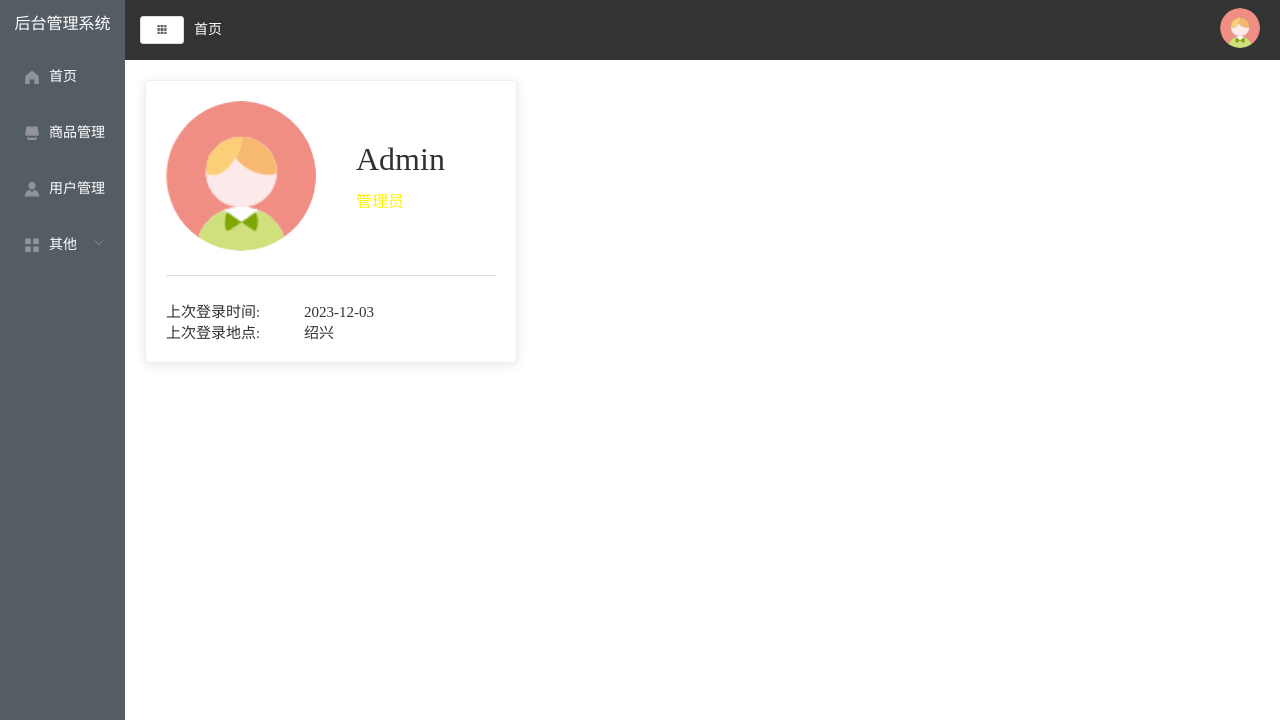
Repository: tkqi/manage
Page: /
An editor plug-in stored every save of this project. The page is shown before and after the next save, followed by the edit.
The browser window is 1280 px wide. The pictures show the whole page.
The project was rebuilt for these pictures with package versions that can differ from the ones it lists, and the page was loaded fresh each time. Also part of the build but not shown: vue.config.js.

Above is the page before, as saved 2023-12-03 15:58:48.

### src/main.js
import Vue from 'vue'
import App from './App.vue'
import router from './router'
import store from './store'
import ElementUI from 'element-ui';
import 'element-ui/lib/theme-chalk/index.css';

Vue.config.productionTip = false
Vue.use(ElementUI);

new Vue({
  router,
  store,
  render: h => h(App)
}).$mount('#app')

### src/App.vue
<template>
  <div id="app">
    <!-- 路由出口 -->
    <router-view />
  </div>
</template>

<script>
export default {
  name: 'App'
}
</script>

<style lang="less">
html,
body,
h3,
p {
  margin: 0;
  padding: 0;
}
</style>

### src/router/index.js
import Vue from 'vue'
import VueRouter from 'vue-router'
import routes from './routes'
Vue.use(VueRouter)


const router = new VueRouter({
  routes: routes
})

// 暴露router实例
export default router

### src/store/index.js
import Vue from 'vue'
import Vuex from 'vuex'
import tab from './tab.js'

Vue.use(Vuex)

const store = new Vuex.Store({
  state: {

  },
  getters: {
  },
  mutations: {
  },
  actions: {
  },
  modules: {
    tab
  }
})

export default store;

### src/router/routes.js
export default [
    // 主路由
    {
        path: '/',
        component: () => import('../views/Main.vue'),
        redirect: '/home',// 重定向
        // 子路由
        children: [
            {
                // 首页
                path: '/home',
                // 路由组件懒加载
                component: () => import('../views/Home.vue')
            },
            {
                // 用户管理
                path: '/user',
                component: () => import('../views/User.vue')
            },
            {
                // 商品管理
                path: '/mall',
                component: () => import('../views/Mall.vue')
            },
            {
                // 其他/页面1
                path: '/page1',
                component: () => import('../views/Page1.vue')
            },
            {
                // 其他/页面2
                path: '/page2',
                component: () => import('../views/Page2.vue')
            },
        ]
    },
    {
        path: '/home',
        // 路由组件懒加载
        component: () => import('../views/Home.vue')
    },
    {
        path: '/user',
        component: () => import('../views/User.vue')
    }
]

### src/store/tab.js
// 菜单相关数据
export default {
    state: {
        isCollapse: false
    },
    getters: {
        getisCollapse: (state) => state.isCollapse
    },
    mutations: {
        EDITIsCollapse(state){
            state.isCollapse = !state.isCollapse;
        }
    }
}

### src/views/Main.vue
<!-- eslint-disable vue/multi-word-component-names -->
<template>
    <div>
        <el-container>
            <el-aside width="auto">
                <sidebar />
            </el-aside>
            <el-container>
                <el-header>
                    <topbar />
                </el-header>
                <el-main>
                    <transition>
                        <router-view />
                    </transition>
                </el-main>
            </el-container>
        </el-container>
    </div>
</template>

<script>
import sidebar from '../components/sidebar.vue'
import topbar from '../components/topbar.vue';
export default {
    components: {
        sidebar,
        topbar
    }
}
</script>

<style lang="less" scoped>
.el-header {
    padding: 0;
    margin: 0;
}
</style>

### src/views/Home.vue
<!-- eslint-disable vue/multi-word-component-names -->
<template>
    <el-row>
        <el-col :span="8">
            <div>
                <el-card class="box-card">
                    <div class="user">
                        <img class="img" src="../assets/img/user-default.png" alt="">
                        <div class="user-info">
                            <P class="name">Admin</P>
                            <p class="access">管理员</p>
                        </div>
                    </div>
                    <el-divider></el-divider>
                    <div class="login-info">
                        <p>上次登录时间: <span>2023-12-03</span></p>
                        <p>上次登录地点: <span>绍兴</span></p>
                    </div>
                </el-card>
            </div>
        </el-col>
        <el-col :span="16">
            <div class="grid-content bg-purple-light"></div>
        </el-col>
    </el-row>
</template>

<script>
export default {
    data() {
        return {

        }
    }
}
</script>
<style lang="less" scoped>
.user {
    display: flex;
    align-items: center;
    padding-right: 0px;

    .user-info {
        .name {
            font-size: 32px;
            margin-bottom: 10px;
        }

        .access {
            color: #fff000;
        }
    }

    img {
        height: 150px;
        width: 150px;
        border-radius: 50%;
        margin-right: 40px;
    }
}
.login-info {
        p {
            font-size: 15px;

            span {
                font-size: 15px;
                margin-left: 40px;
            }
        }
    }
</style>

### src/components/sidebar.vue
<!-- eslint-disable vue/multi-word-component-names -->
<template>
    <el-menu class="menu" @open="handleOpen" @close="handleClose" :collapse="isCollapse" background-color="#545c64"
        text-color="#fff" active-text-color="#ffd04b">
        <h3>{{ !isCollapse?'后台管理系统':'后台' }}</h3>
        <el-menu-item v-for="item in noChildren" :key="item.name" :index="item.name" @click="clickMenu(item)">
            <i :class="`el-icon-${item.icon}`"></i>
            <span slot="title">{{ item.label }}</span>
        </el-menu-item>
        <el-submenu v-for="item in hasChildren" :key="item.label" :index="item.label">
            <template slot="title">
                <i :class="`el-icon-${item.icon}`"></i>
                <span slot="title">{{ item.label }}</span>
            </template>
            <el-menu-item-group v-for="subitem in item.children" :key="subitem.name">
                <el-menu-item :index="subitem.name" @click="clickSubmenu(subitem)">
                    <!-- <template slot="title"> -->
                    <i :class="`el-icon-${subitem.icon}`"></i>
                    <span slot="title">{{ subitem.name }}</span>
                    <!-- </template> -->
                </el-menu-item>
            </el-menu-item-group>
        </el-submenu>
    </el-menu>
</template>

<script>
export default {
    computed: {
        // 无子菜单
        noChildren() {
            return this.menuData.filter(o => !o.children);
        },
        // 有子菜单
        hasChildren() {
            return this.menuData.filter(o => o.children);
        },
        isCollapse() {
           return this.$store.state.tab.isCollapse;
        }
    },
    data() {
        return {
            // 使用store实时改变属性需要定义到computed
            // isCollapse: this.$store.getters('getisCollapse'),
            menuData: [
                {
                    path: '/',
                    name: 'home',
                    label: "首页",
                    icon: 's-home',
                    url: 'Home/Home'
                },
                {
                    path: '/mall',
                    name: 'mall',
                    label: "商品管理",
                    icon: 's-shop',
                    url: 'MallManage/MallManage'
                },
                {
                    path: '/user',
                    name: 'user',
                    label: "用户管理",
                    icon: 's-custom',
                    url: 'UserManage/UserManage'
                },
                {
                    label: '其他',
                    icon: 'menu',
                    children: [
                        {
                            path: '/page1',
                            name: 'page1',
                            label: "页面1",
                            icon: 's-claim',
                            url: 'Other/PageOne'
                        },
                        {
                            path: '/page2',
                            name: 'page2',
                            label: "页面2",
                            icon: 's-claim',
                            url: 'Other/PageTwo'
                        },
                    ]
                }
            ]
        };
    },
    methods: {
        handleOpen(key, keyPath) {
            console.log(key, keyPath);
        },
        handleClose(key, keyPath) {
            console.log(key, keyPath);
        },
        clickMenu(item) {
            console.log(this.$router.currentRoute.path);
            // 判断当前路由于点击链接的路由不一致才跳转
            if (item.path != this.$route.path && !(this.$route.path == '/home' && item.path == '/'))
                this.$router.push(item.path);
        },
        clickSubmenu(subitem) {
            // 判断当前路由于点击链接的路由不一致才跳转
            if (subitem.path != this.$route.path)
                this.$router.push(subitem.path);
        }
    }
}
</script>

<style lang="less" scoped>
.el-menu-vertical-demo:not(.el-menu--collapse) {
    width: 200px;
    min-height: 400px;
}

.menu {
    height: 100vh;
    border-right:0;
    h3 {
        color: rgb(255, 255, 255);
        text-align: center;
        line-height: 48px;
        font-size: 16px;
        font-weight: 400;
    }
}
</style>

### src/components/topbar.vue
<!-- eslint-disable vue/multi-word-component-names -->
<template>
    <div class="head-container">
        <div class="l-content">
            <el-button icon="el-icon-s-grid" size="mini" @click="changeCollapse()"/>
            <!-- 面包屑 -->
            <span class="text">首页</span>
        </div>
        <div class="r-content">
            <el-dropdown>
                <span class="el-dropdown-link">
                    <img class="img" src="../assets/img/user-default.png" alt="">
                </span>
                <el-dropdown-menu slot="dropdown">
                    <el-dropdown-item>个人中心</el-dropdown-item>
                    <el-dropdown-item>退出</el-dropdown-item>
                </el-dropdown-menu>
            </el-dropdown>
        </div>
    </div>
</template>

<script>
export default {
    data(){
        return{

        }
    },
    methods:{
        changeCollapse(){
            console.log(1);
            this.$store.commit('EDITIsCollapse');
        }
    }
}
</script>

<style lang="less" scoped>
.head-container {
    background-color: #333;
    height: 60px;
    display: flex;
    justify-content: space-between;
    align-items: center;
    padding-left: 15px;
    padding-right: 20px;
}

// .l-content {
//     padding-left: 15px;
// }

// .r-content {}

.text {
    color: white;
    font-size: 14px;
    padding-left: 10px;
}

.img{
    height: 40px;
    width: 40px;
    border-radius: 50%;
}
</style>

Loaded but not shown: public/index.html (common file)

After the next save:
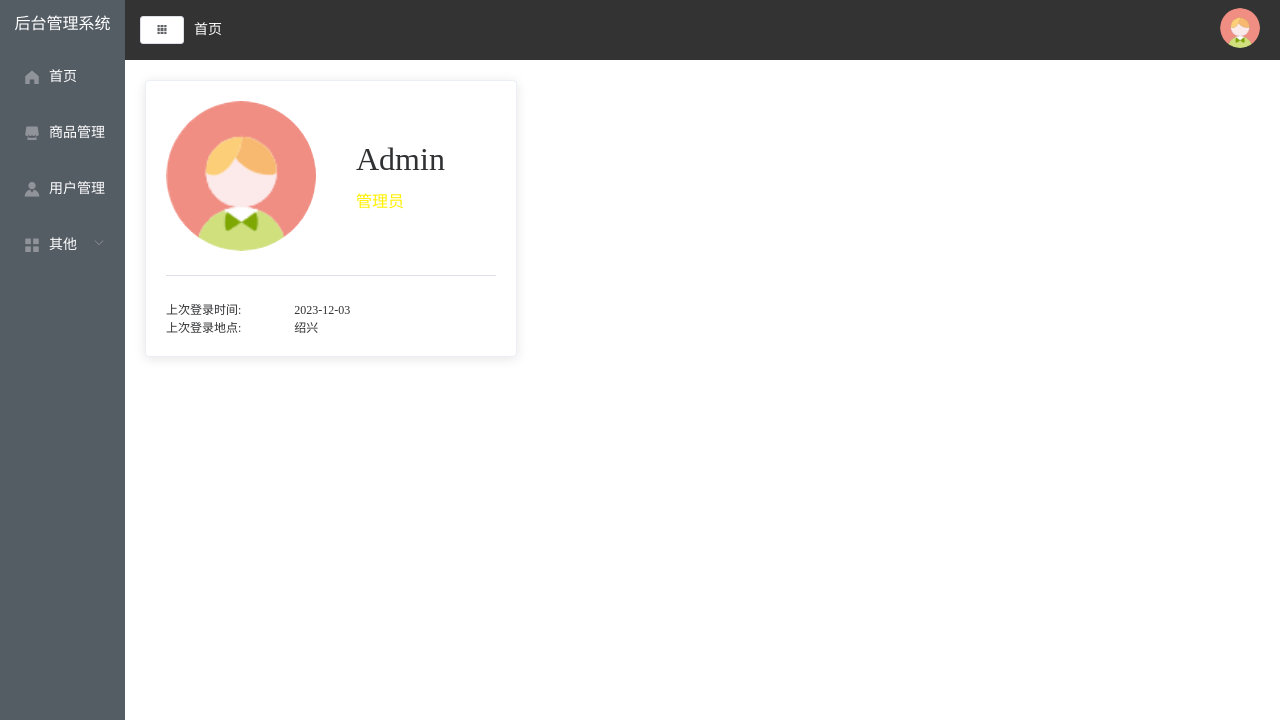
Saved 50 s later.
--- a/src/views/Home.vue
+++ b/src/views/Home.vue
@@ -60,11 +60,11 @@ export default {
 }
 .login-info {
         p {
-            font-size: 15px;
+            font-size: 12px;
 
             span {
-                font-size: 15px;
-                margin-left: 40px;
+                font-size: 12px;
+                margin-left: 50px;
             }
         }
     }
